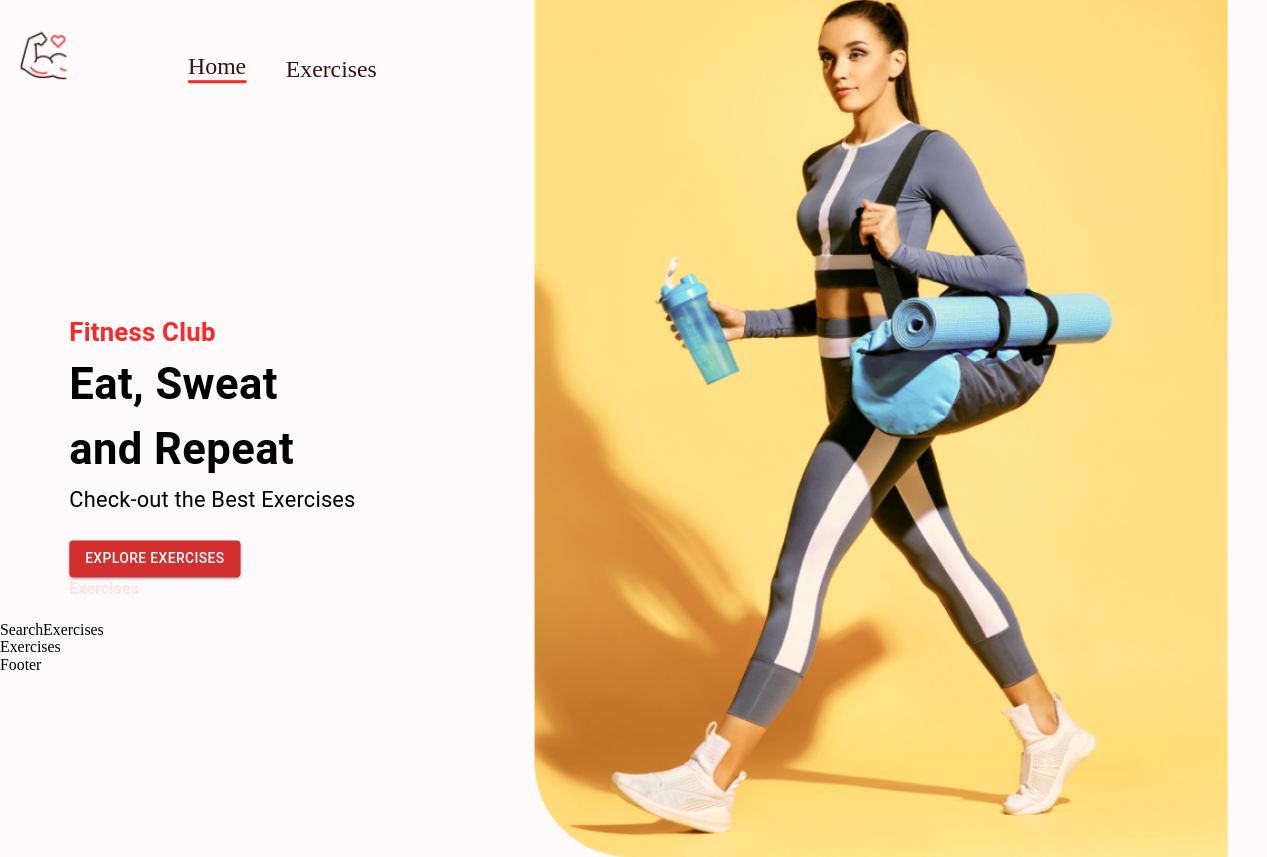
Repository: remydev47/fitness-center
Page: /
These files come from the project's save history. The page is drawn as it stood at one moment and after the next save; the edit follows.
The browser window is 1280 px wide. The pictures show the whole page, at 99% of full size.
The project was rebuilt for these pictures with package versions that can differ from the ones it lists, and the page was loaded fresh each time. Also part of the build but not shown: src/pages/ExerciseDetail.js.

Above is the page before, as saved 2022-07-26 00:39:44.

After the next save:
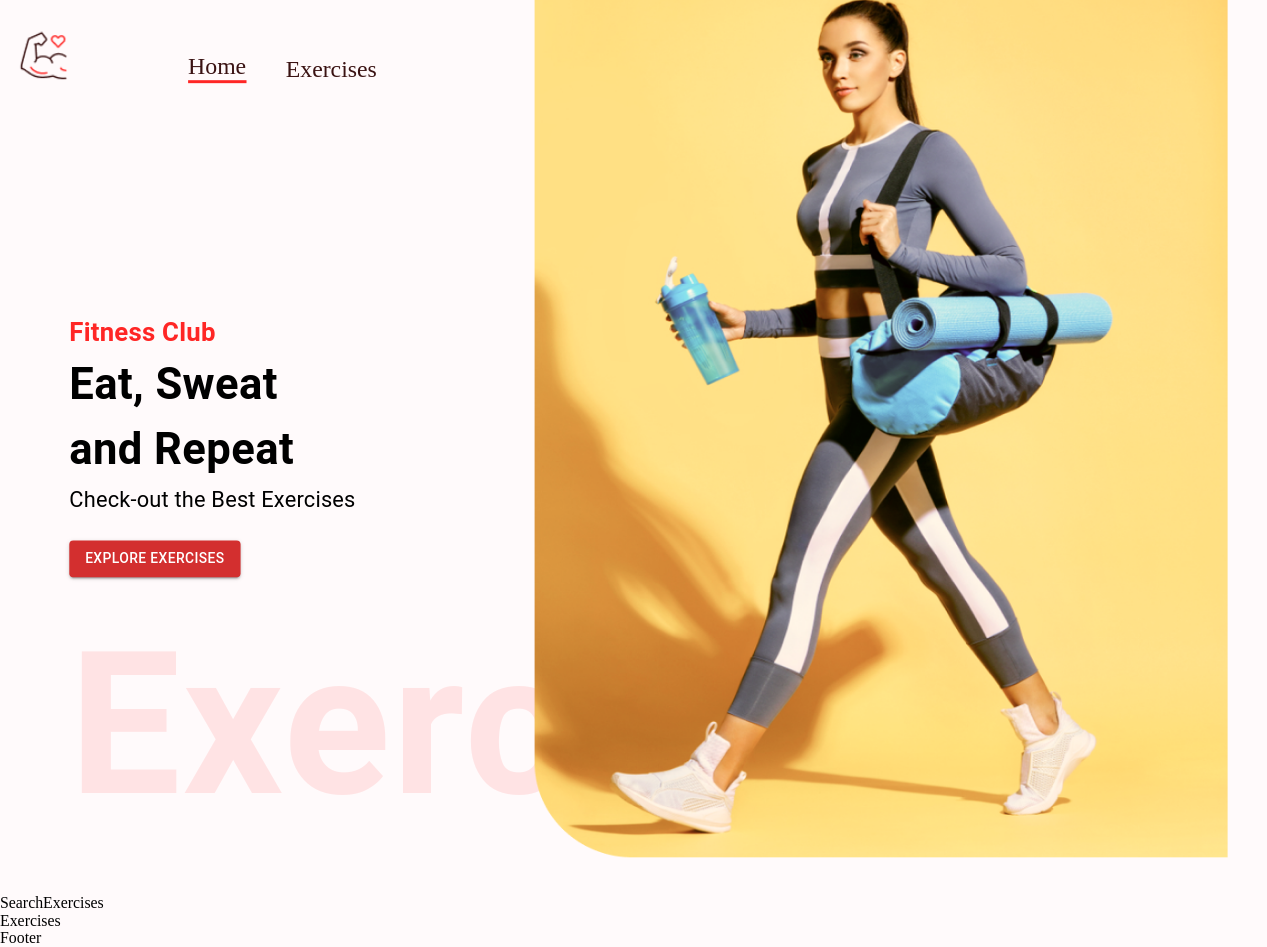
Saved 105 s later.
--- a/src/components/HeaderBanner.js
+++ b/src/components/HeaderBanner.js
@@ -48,6 +48,7 @@ const HeaderBanner = () => {
             opacity: '0.1',
             display: { lg: 'block', xs: 'none'}
           }}
+          fontSize="200px"
         >
             Exercises
         </Typography>
